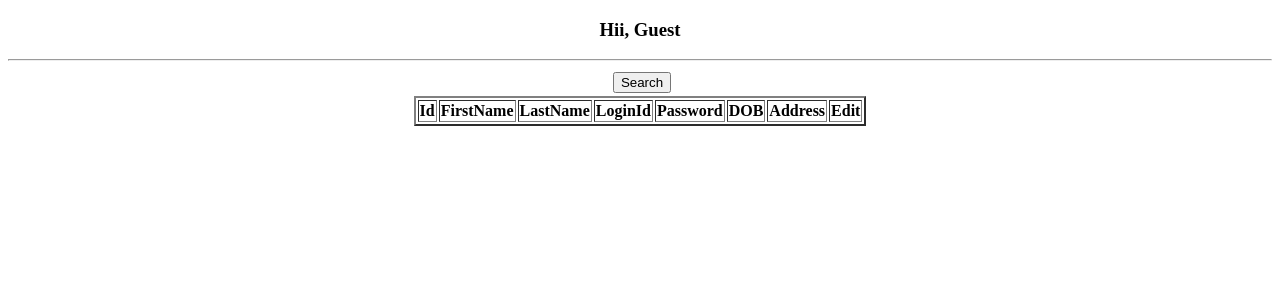
Repository: Jatdevta/AdvanceJava
Page: http://localhost/DynamicProject/UserListCtl
An editor plug-in stored every save of this project. The page is shown before and after the next save, followed by the edit.
The browser window is 1280 px wide. The pictures show the whole page.
The page is served by Tomcat 9. Other server files are loaded and not shown. Queries for data that is not in the repository find no rows.

Above is the page before, as saved 2023-08-22 07:23:59.

### Advancejava/DynamicProject/WebContent/UserListView.jsp
<%@page import="java.util.List"%>
<%@page import="java.util.Iterator"%>
<%@ page language="java" contentType="text/html; charset=ISO-8859-1"
	pageEncoding="ISO-8859-1"%>
<!DOCTYPE html>
<html>
<head>
<center>
	<meta charset="ISO-8859-1">
	<title>Insert title here</title>
</head>
<body>
	<form action="">

		<%@ include file="Header.jsp"%>
		<%
			List list = (List) request.getAttribute("list");
			Iterator it = list.iterator();
		%>
		<table>
			<tr>
				<th></th>
				<td><input type="submit" name="operation" value="Search"></td>

			</tr>
		</table>


		<table border="2">


			<tr>

				<th>Id</th>
				<th>FirstName</th>
				<th>LastName</th>
				<th>LoginId</th>
				<th>Password</th>
				<th>DOB</th>
				<th>Address</th>
				<th>Edit</th>

			</tr>
			<%
				while (it.hasNext()) {
					bean = (UserBean) it.next();
			%>
			<tr>


				<td><%=bean.getId()%></td>
				<td><%=bean.getFirstName()%></td>
				<td><%=bean.getLastName()%></td>
				<td><%=bean.getLoginId()%></td>
				<td><%=bean.getPassword()%></td>
				<td><%=bean.getDob()%></td>
				<td><%=bean.getAddress()%></td>
				<td><a href="UserCtl?id=<%=bean.getId()%>">edit</a></td>
			</tr>
			<%
				}
			%>

			</center>
		</table>
	</form>
</body>
</html>

### Advancejava/DynamicProject/WebContent/Header.jsp
<%@page import="in.co.rays.model.UserModel"%>
<%@page import="in.co.rays.bean.UserBean"%>
<%@ page language="java" contentType="text/html; charset=ISO-8859-1"
	pageEncoding="ISO-8859-1"%>
<!DOCTYPE html>
<html>
<head>
<meta charset="ISO-8859-1">
<title>Insert title here</title>
</head>
<body>
	<%
		UserBean bean = (UserBean) session.getAttribute("user");

	%>

	<%
	if(bean !=null) {

	%>
	<h3>
		Hi....!!!,
		<%=bean.getFirstName()  %>   </h3>
	<a href="UserListCtl">UserList</a>
	<a a href= "MarksheetListCtl">MarkList</a>
<a href="LoginCtl?operation=Logout">Logout</a>
	<a href="LoginCtl?operation=Logout">Logout </a>

	<%} else { %>

	<h3>Hii, Guest</h3>
	<%} %>
	<hr>

</body>
</html>

### Advancejava/DynamicProject/src/in/co/rays/ctl/UserListCtl.java
package in.co.rays.ctl;

import java.io.IOException;
import java.util.List;

import javax.servlet.RequestDispatcher;
import javax.servlet.ServletException;
import javax.servlet.annotation.WebServlet;
import javax.servlet.http.HttpServlet;
import javax.servlet.http.HttpServletRequest;
import javax.servlet.http.HttpServletResponse;

import in.co.rays.model.UserModel;
@WebServlet("/UserListCtl")
public class UserListCtl extends HttpServlet{

	@Override
	protected void doGet(HttpServletRequest req, HttpServletResponse resp) throws ServletException, IOException {

		UserModel model = new UserModel();
		try {

          List list= model.search(null, 1, 5);
			req.setAttribute("list", list);
			RequestDispatcher rd = req.getRequestDispatcher("UserListView.jsp");
			rd.forward(req, resp);

		} catch (Exception e) {
          e.printStackTrace();
		}

	}
	@Override
	protected void doPost(HttpServletRequest req, HttpServletResponse resp) throws ServletException, IOException {


	}

}

### Advancejava/DynamicProject/src/in/co/rays/model/UserModel.java
package in.co.rays.model;

import java.sql.Connection;
import java.sql.DriverManager;
import java.sql.PreparedStatement;
import java.sql.ResultSet;
import java.util.ArrayList;
import java.util.List;

import in.co.rays.bean.UserBean;
import in.co.rays.util.JDBCDataSource;

public class UserModel {

	public Integer nextPk() throws Exception {
		int Pk = 0;

		Class.forName("com.mysql.cj.jdbc.Driver");
		Connection cn = DriverManager.getConnection("jdbc:mysql://localhost:3306/advance_java", "root", "root");

	//	Connection cn = JDBCDataSource.getConnection();


		PreparedStatement ps = cn.prepareStatement("select max(id) from user");

		ResultSet rs = ps.executeQuery();

		while (rs.next()) {

			Pk = rs.getInt(1);
		}

		return Pk + 1;

	}

	public void add(UserBean bean) throws Exception {

		Class.forName("com.mysql.cj.jdbc.Driver");

		Connection cn = DriverManager.getConnection("jdbc:mysql://localhost:3306/advance_java", "root", "root");
		PreparedStatement ps = cn.prepareStatement("insert into user values(?,?,?,?,?,?,?)");
		ps.setInt(1, nextPk());
		// ps.setInt(1,bean.getId());
		ps.setString(2, bean.getFirstName());
		ps.setString(3, bean.getLastName());
		ps.setString(4, bean.getLoginId());
		ps.setString(5, bean.getPassword());
     	ps.setDate(6, new java.sql.Date(bean.getDob().getTime()));
    	ps.setString(7, bean.getAddress());


		int i = ps.executeUpdate();

		System.out.println("Data inserted " + i);
	}

	public void update(UserBean bean) throws Exception {
		Class.forName("com.mysql.cj.jdbc.Driver");

		Connection cn = DriverManager.getConnection("jdbc:mysql://localhost:3306/advance_java", "root", "root");
		PreparedStatement ps = cn.prepareStatement("update user set FirstName =?,LastName = ?,LoginId = ?,Password = ?,DOB = ?,Address = ? where id = ?");

		ps.setString(1, bean.getFirstName());
		ps.setString(2, bean.getLastName());
		ps.setString(3, bean.getLoginId());
		ps.setString(4, bean.getPassword());
	   ps.setDate(5, new java.sql.Date(bean.getDob().getTime()));
		ps.setString(6, bean.getAddress());
		ps.setInt(7, bean.getId());

		int i = ps.executeUpdate();

		System.out.println("Data updated " + i);

	}

	public UserBean findByPk(int id) throws Exception {

		Class.forName("com.mysql.cj.jdbc.Driver");
		Connection con = DriverManager.getConnection("jdbc:mysql://localhost:3306/advance_java", "root", "root");
		PreparedStatement ps = con.prepareStatement("select * from user where id =?");

		ps.setInt(1, id);

		ResultSet rs = ps.executeQuery();

		UserBean bean = null;

		while (rs.next()) {
			bean = new UserBean();

			bean.setId(rs.getInt(1));
			bean.setFirstName(rs.getString(2));
			bean.setLastName(rs.getString(3));
			bean.setLoginId(rs.getString(4));
			bean.setPassword(rs.getString(5));
			bean.setDob(rs.getDate(6));
			bean.setAddress(rs.getString(7));


		}
		return bean;

	}




	public List search(UserBean bean, int pageNo, int pageSize) throws Exception {

		Class.forName("com.mysql.cj.jdbc.Driver");

		Connection conn = DriverManager.getConnection("jdbc:mysql://localhost:3306/advance_java", "root", "root");

		StringBuffer sql = new StringBuffer("select * from user where 1=1");

		if (bean != null) {

			if (bean.getFirstName() != null && bean.getFirstName().length() > 0) {

				sql.append(" and First_Name like '" + bean.getFirstName() + "%'");

			}
			if (bean.getId() != 0 && bean.getId() > 0) {

				sql.append(" and id = " + bean.getId());

			}
			if (bean.getLoginId() != null && bean.getLoginId().length() > 0) {

				sql.append(" and Login_Id like '" + bean.getLoginId() + "%'");
			}

			if (bean.getDob() != null && bean.getDob().getTime() > 0) {

				sql.append(" and Dob like '" + new java.sql.Date(bean.getDob().getTime()) + "%'");

			}
			if (bean.getAddress() != null && bean.getAddress().length()>0) {
				sql.append(" and address like '" + bean.getAddress() + "%'");
			}

		}
			if (pageSize > 0) {

				pageNo = (pageNo - 1) * pageSize;

				sql.append(" limit " + pageNo + " , " + pageSize);


		}

		System.out.println(sql.toString());

		PreparedStatement ps = conn.prepareStatement(sql.toString());

		ResultSet rs = ps.executeQuery();

		List list = new ArrayList();

		while (rs.next()) {

			bean = new UserBean();
			bean.setId(rs.getInt(1));
			bean.setFirstName(rs.getString(2));
			bean.setLastName(rs.getString(3));
			bean.setLoginId(rs.getString(4));
			bean.setPassword(rs.getString(5));
			bean.setDob(rs.getDate(6));
			bean.setAddress(rs.getString(7));

			list.add(bean);

		}

		return list;

	}

	public UserBean findByloginId(String loginId) throws Exception {

		Class.forName("com.mysql.cj.jdbc.Driver");
		Connection con = DriverManager.getConnection("jdbc:mysql://localhost:3306/advance_java", "root", "root");
		PreparedStatement ps = con.prepareStatement("select * from user where loginId =?");

		ps.setString(1, loginId);


		ResultSet rs = ps.executeQuery();

		UserBean bean = null;

		while (rs.next()) {
			bean = new UserBean();

			bean.setId(rs.getInt(1));
			bean.setFirstName(rs.getString(2));
			bean.setLastName(rs.getString(3));
			bean.setLoginId(rs.getString(4));
			bean.setPassword(rs.getString(5));
			bean.setDob(rs.getDate(6));
			bean.setAddress(rs.getString(7));


		}
		return bean;

	}

	public UserBean authenticate(String loginId,String password) throws Exception {

		Class.forName("com.mysql.cj.jdbc.Driver");
		Connection con = DriverManager.getConnection("jdbc:mysql://localhost:3306/advance_java", "root", "root");
		PreparedStatement ps = con.prepareStatement("select * from user where LoginId =? and Password =?");

		ps.setString(1, loginId);
		ps.setString(2, password);

		ResultSet rs = ps.executeQuery();

		UserBean bean = null;

		while (rs.next()) {
			bean = new UserBean();

			bean.setId(rs.getInt(1));
			bean.setFirstName(rs.getString(2));
			bean.setLastName(rs.getString(3));
			bean.setLoginId(rs.getString(4));
			bean.setPassword(rs.getString(5));
			bean.setDob(rs.getDate(6));
			bean.setAddress(rs.getString(7));


		}
		return bean;

	}
public void delete(int id) throws Exception {

		Connection con = JDBCDataSource.getConnection();

		PreparedStatement ps = con.prepareStatement("Delete from user where id =?");

		ps.setInt(1, id);

		int i  = ps.executeUpdate();
		 System.out.println("Data Deleted = "+i);

}
}

After the next save:
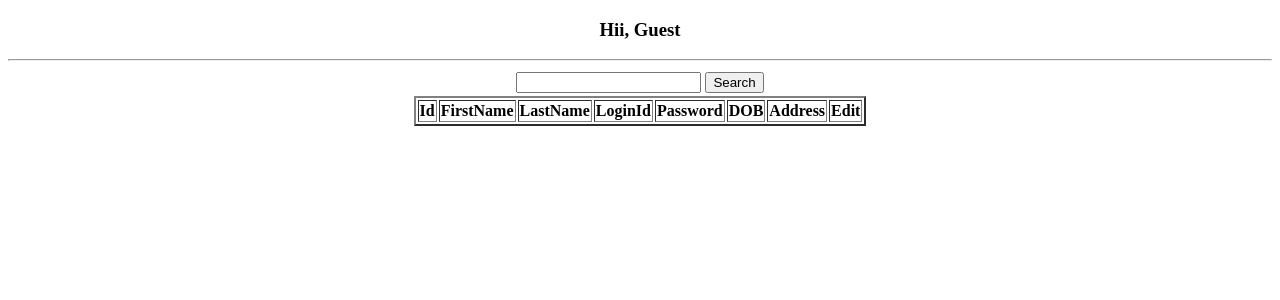
Saved 76 s later.
--- a/Advancejava/DynamicProject/WebContent/UserListView.jsp
+++ b/Advancejava/DynamicProject/WebContent/UserListView.jsp
@@ -19,7 +19,7 @@
 		%>
 		<table>
 			<tr>
-				<th></th>
+				<th><input type="text"name="FirstName"></th>
 				<td><input type="submit" name="operation" value="Search"></td>
 
 			</tr>
